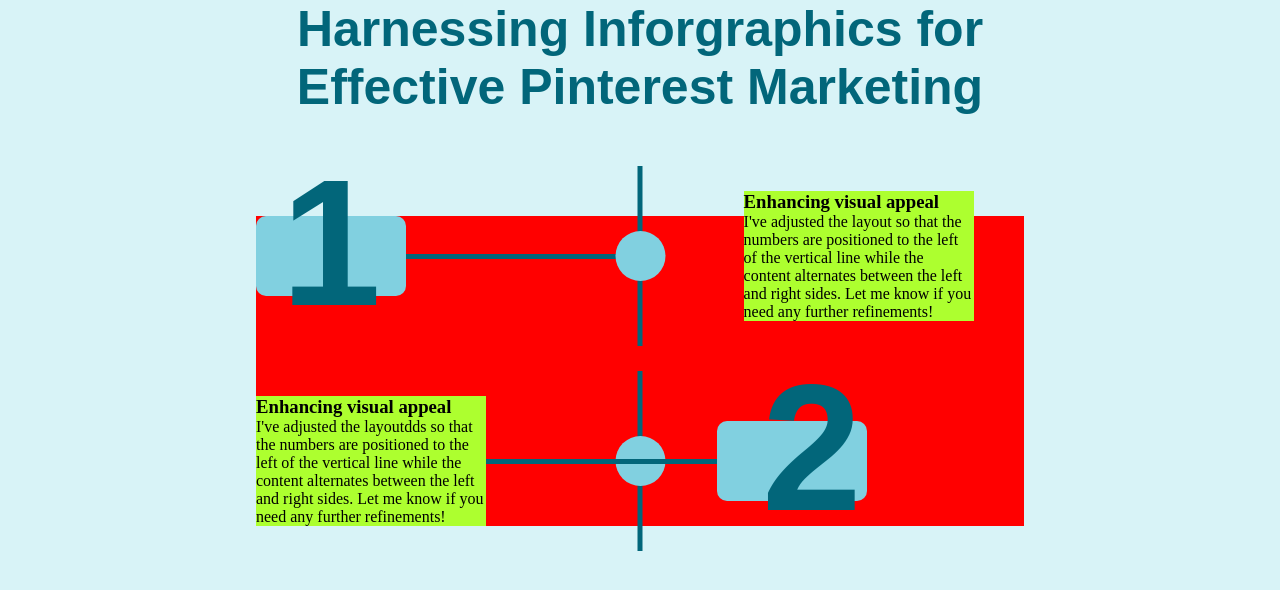
Repository: ayushrajput545/InforGraphic-page
Page: index.html
These files come from the project's save history. The page is drawn as it stood at one moment and after the next save; the edit follows.
The browser window is 1280 px wide. The pictures show the whole page.
Some web fonts or font styles are not loaded; a fallback is used.

Above is the page before, as saved 2025-04-01 23:13:51.

After the next save:
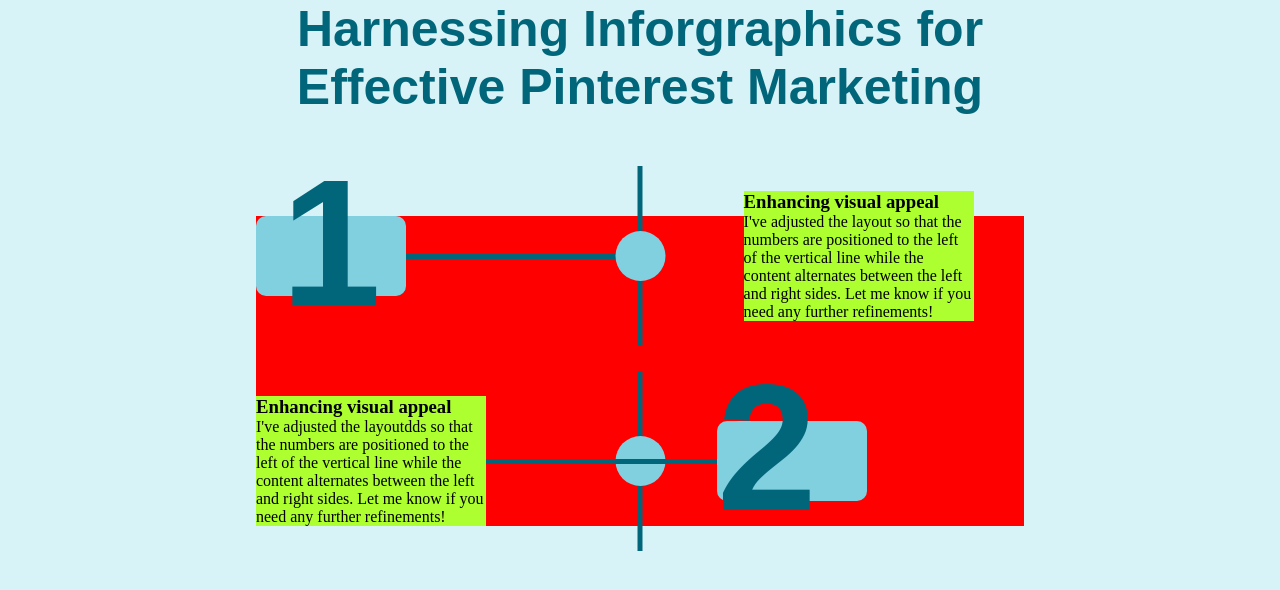
Saved 22 s later.
--- a/style.css
+++ b/style.css
@@ -119,7 +119,7 @@
     position: absolute;
     z-index: 2;
     bottom: -50px;
-    right: 5px;
+    left: 0;
 
 }
 
